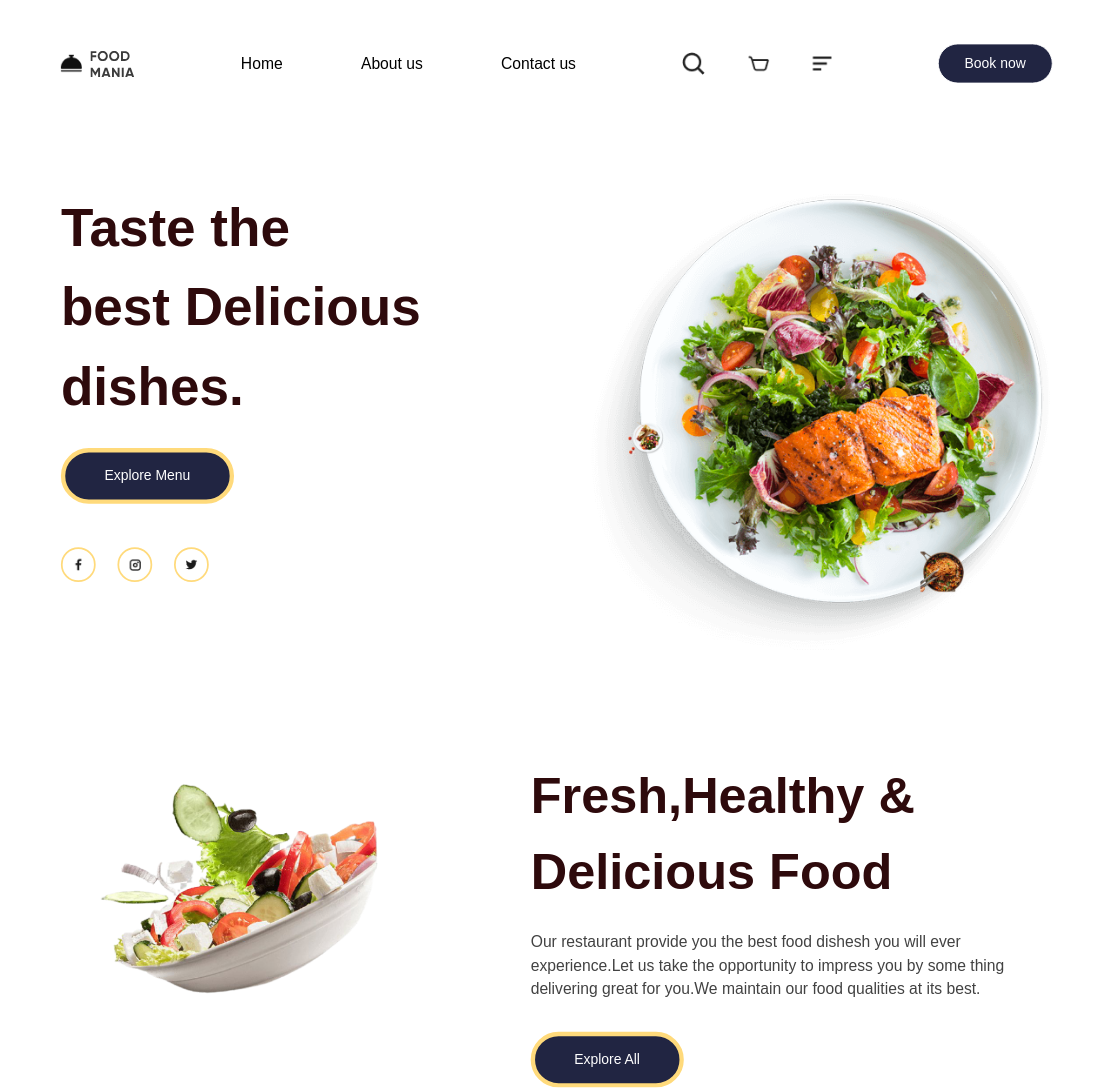
Repository: hoang0508/Figmafood
Page: index.html
An editor plug-in stored every save of this project. The page is shown before and after the next save, followed by the edit.
The browser window is 1280 px wide. The pictures show the whole page, at 87% of full size.
The style sheet was rebuilt from its Sass, Less or Tailwind sources for each picture, by a compiler version that may differ from the author's.

Above is the page before, as saved 2021-11-08 10:08:37.

After the next save:
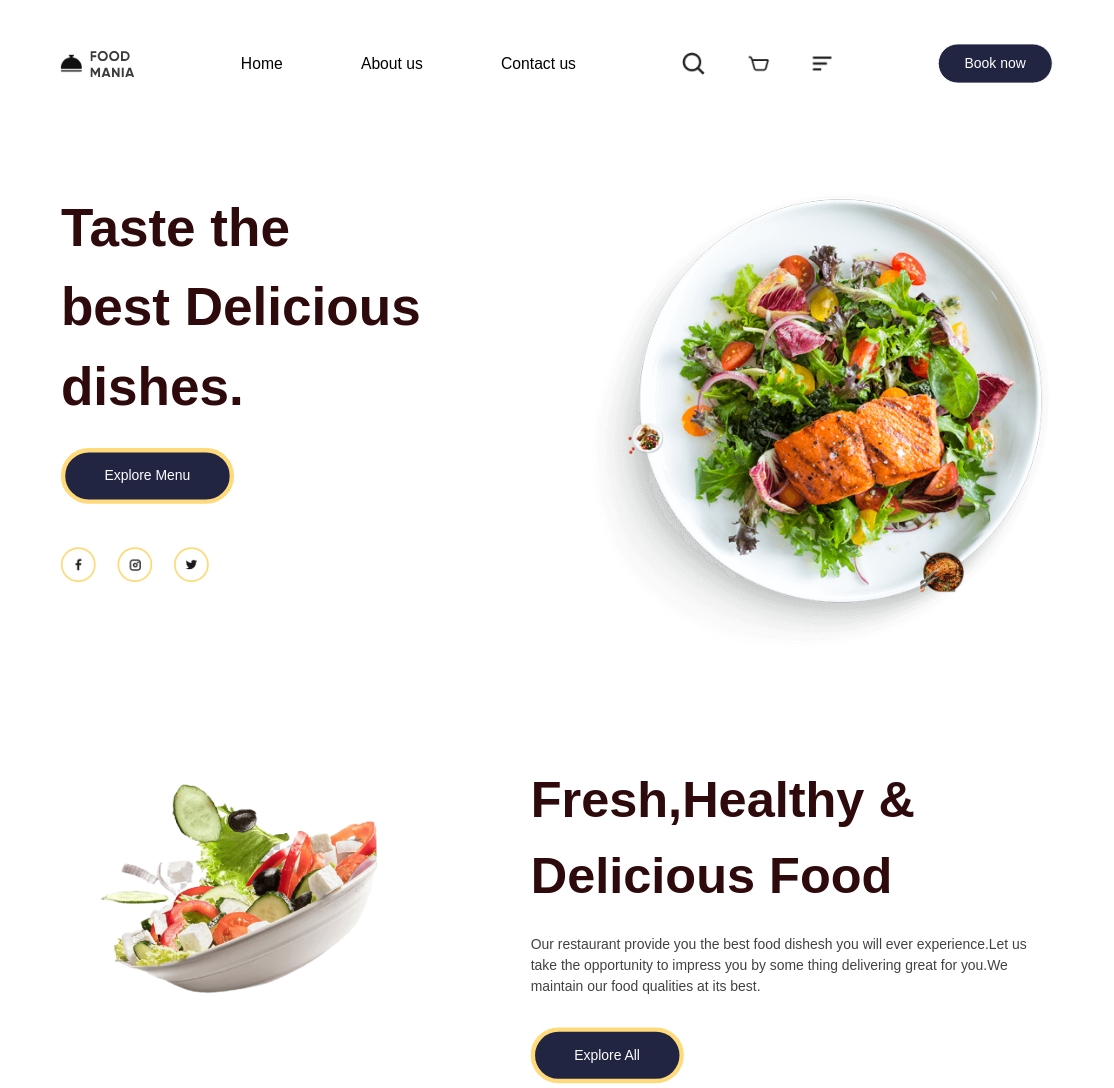
Saved 44 s later.
--- a/sass/typography.scss
+++ b/sass/typography.scss
@@ -6,7 +6,7 @@
 }
 
 .text-desc {
-  font-size: 18px;
+  font-size: 16px;
   font-weight: 500;
   line-height: calc(27 / 18);
   padding: 25px 0 35px;
